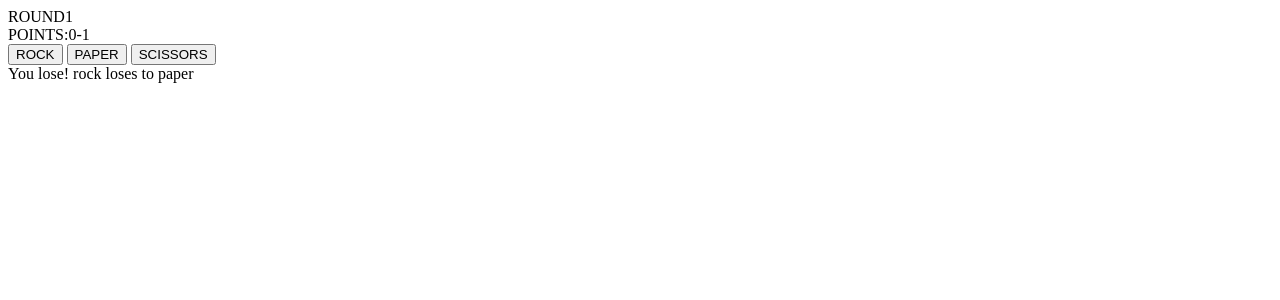
Repository: z1youRA/rock_paper_scissors
Page: index.html
The author's editor kept a copy of each file at every save. The page is drawn from the files as they stood at one save, then again after the next save.
The browser window is 1280 px wide. The pictures show the whole page.
After loading, the first visible `button` was clicked once.

Above is the page before, as saved 2021-12-14 15:27:08.

### index.html
<!DOCTYPE html>
<html lang="en">
<head>
    <meta charset="UTF-8">
    <meta http-equiv="X-UA-Compatible" content="IE=edge">
    <meta name="viewport" content="width=device-width, initial-scale=1.0">
    <title>ROCK PAPER SCISSORS</title>

</head>
<body>
    <div class='result'>Choose your weapon!</div>
    <div class='intro'>First to 3 wins</div>
    <div class="container">
        <button>ROCK</button>
        <button>PAPER</button>
        <button>SCISSORS</button>
        <div class='info'></div>
    </div>
</body>
<script src="rockpaperscissors.js">
</script>
</html>

### rockpaperscissors.js
const arr = ["rock", "paper", "scissors"];

function computerPlay(){
    const randomNumber = Math.floor(Math.random() * 3);
    return arr[randomNumber];
}

function playround(playerSelection, computerSelection){
    playerSelection = playerSelection.toLowerCase();
    let result = 0;
    const div = document.createElement('div');
    const container = document.querySelector('.container');
    if(playerSelection == computerSelection) {
        div.textContent = "That's a draw! You both selected " + playerSelection;
        result = 0;
    }
    else if((playerSelection == "rock" && computerSelection == "paper") || (playerSelection == "paper" && computerSelection == "scissors") || (playerSelection == "scissors" && computerSelection == "rock")) {
        div.textContent = "You lose! " + playerSelection + " loses to " + computerSelection;
        result = -1;
    }
    else if((computerSelection == "rock" && playerSelection == "paper") || (computerSelection == "paper" && playerSelection == "scissors") || (computerSelection == "scissors" && playerSelection == "rock")) {
        div.textContent ="You win!" + playerSelection + " beats " + computerSelection;
        result = 1;
    }
    container.appendChild(div);
    return result;
}

//Get input from user for 5 times and make the computer pick a random choice and then compete.
function game() {
    let win = 0;
    let lose = 0;
    let result = 0;
    let round = 0;
    const buttons = Array.from(document.querySelectorAll('button'));
    buttons.forEach(button => {
        button.addEventListener('click', () => {
            result = playround(button.textContent, computerPlay());
            if(result === 1) {
                win++;
            }
            else if(result === -1) {
                lose++;
            }
            round++;
            const rslt = document.querySelector('.result');
            const intr = document.querySelector('.intro');
            rslt.textContent = `ROUND${round}`;
            intr.textContent = `POINTS:${win}-${lose}`;
            if(win >= 3) {
                alert('YOU WIN!');
                win = 0;
                lose = 0;
                result = 0;
                round = 0;
                intr.textContent = `POINTS:${win}-${lose}`;
            }
            if(lose >= 3) {
                alert('YOU LOSE.');
                win = 0;
                lose = 0;
                result = 0;
                round = 0;
                intr.textContent = `POINTS:${win}-${lose}`;
            }
            });
        });
    // for(let i = 0; i < 5; i++){
    //     playerSelection = prompt("Make your choice from rock, paper and scissors:");
    //     result = playround(playerSelection, computerPlay())
    //     if(result == 1) {
    //         winTimes++;
    //     }
    //     else if(result == -1) {
    //         winTimes--;
    //     }
    // }
    // if(winTimes > 0) {
    //     console.log("Yes, you win!");
    // }
    // else if(winTimes < 0) {
    //     console.log("Sorry, you lose!");
    // }
    // else {
    //     console.log("That's a draw, try again.");
    // }

}
game();

After the next save:
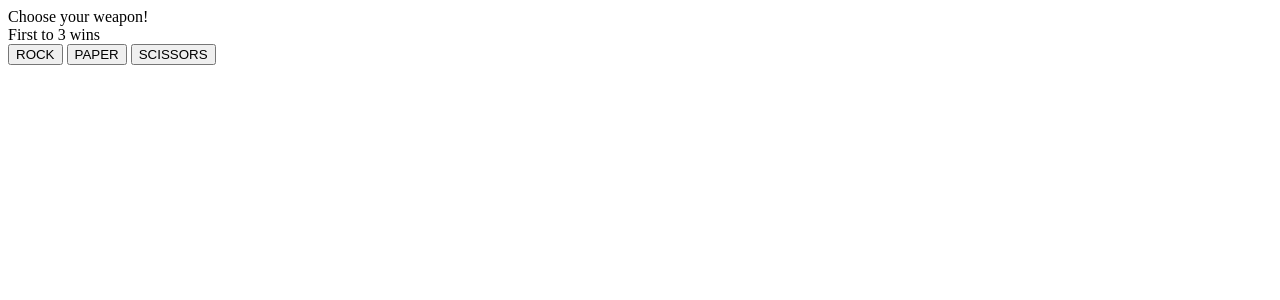
Console error: ReferenceError: querySelector is not defined
Saved 32 s later.
--- a/rockpaperscissors.js
+++ b/rockpaperscissors.js
@@ -8,8 +8,7 @@ function computerPlay(){
 function playround(playerSelection, computerSelection){
     playerSelection = playerSelection.toLowerCase();
     let result = 0;
-    const div = document.createElement('div');
-    const container = document.querySelector('.container');
+    const div = querySelector('.info');
     if(playerSelection == computerSelection) {
         div.textContent = "That's a draw! You both selected " + playerSelection;
         result = 0;
